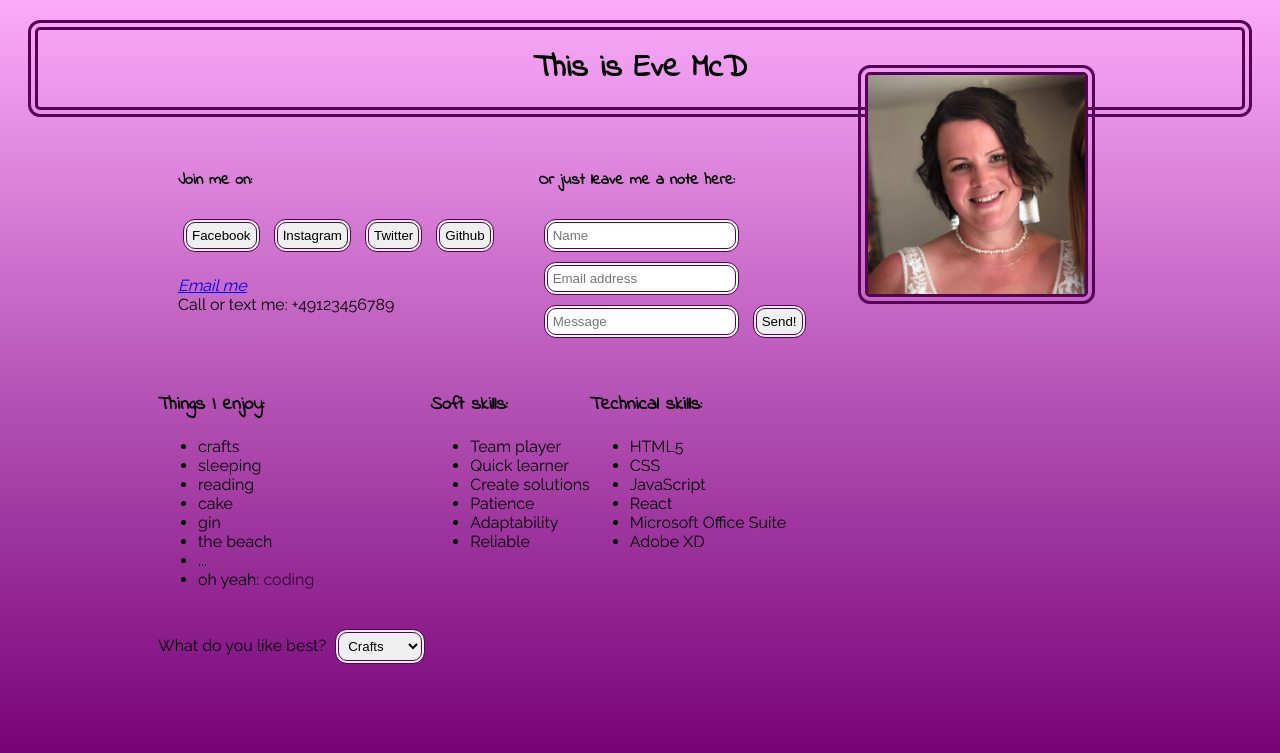
Repository: evemcd/Strive-Ignite-W1
Page: index.html
An editor plug-in stored every save of this project. The page is shown before and after the next save, followed by the edit.
The browser window is 1280 px wide. The pictures show the whole page.

Above is the page before, as saved 2021-01-17 23:12:43.

After the next save:
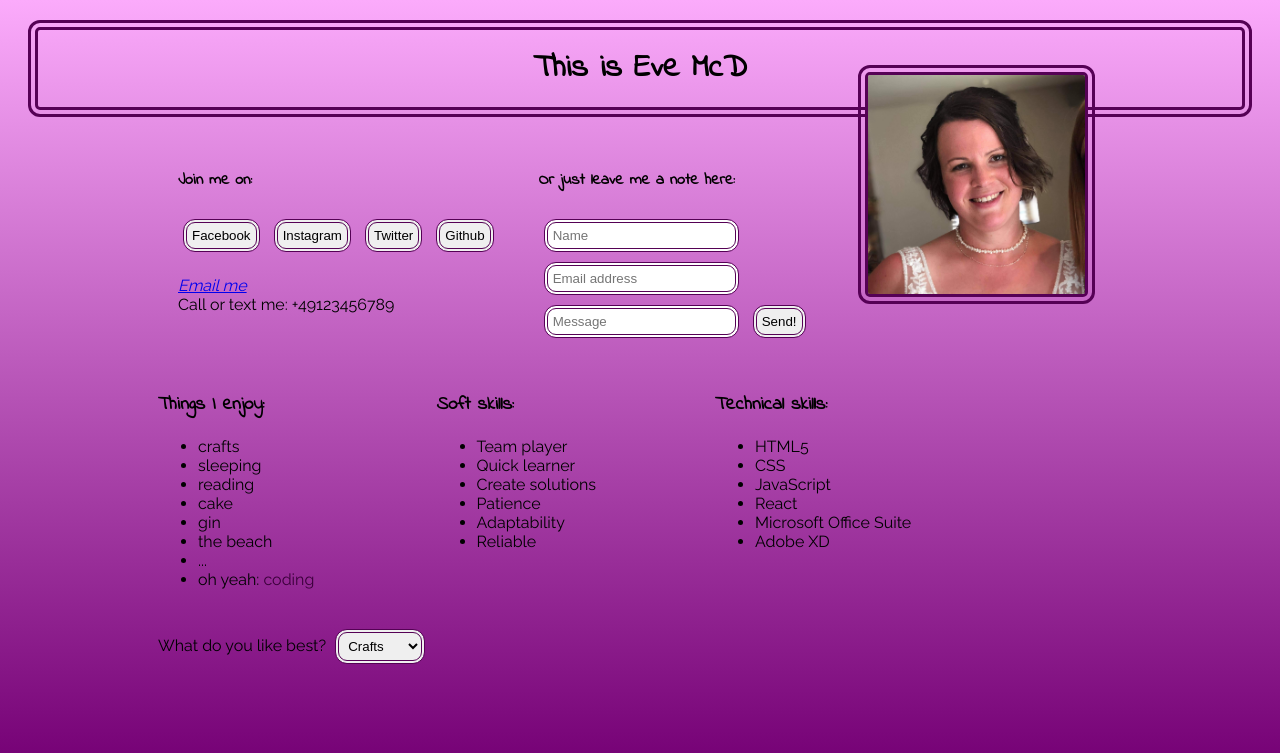
Saved 30 s later.
--- a/index.html
+++ b/index.html
@@ -42,7 +42,7 @@
         </div>
     </div>
     <section class="container-skills">
-        <div>
+        <div class="div2">
             <h3>Things I enjoy:</h3>
             <ul>
                 <li>crafts</li>
@@ -65,7 +65,7 @@
                 <option value="coding">Coding</option>
             </select>
         </div>
-        <div>
+        <div class="div2">
             <h3>Soft skills:</h3>
             <ul>
                 <li>Team player</li>
@@ -76,7 +76,7 @@
                 <li>Reliable</li>
             </ul>
         </div>
-        <div>
+        <div class="div2">
             <h3>Technical skills:</h3>
             <ul>
                 <li>HTML5</li>
